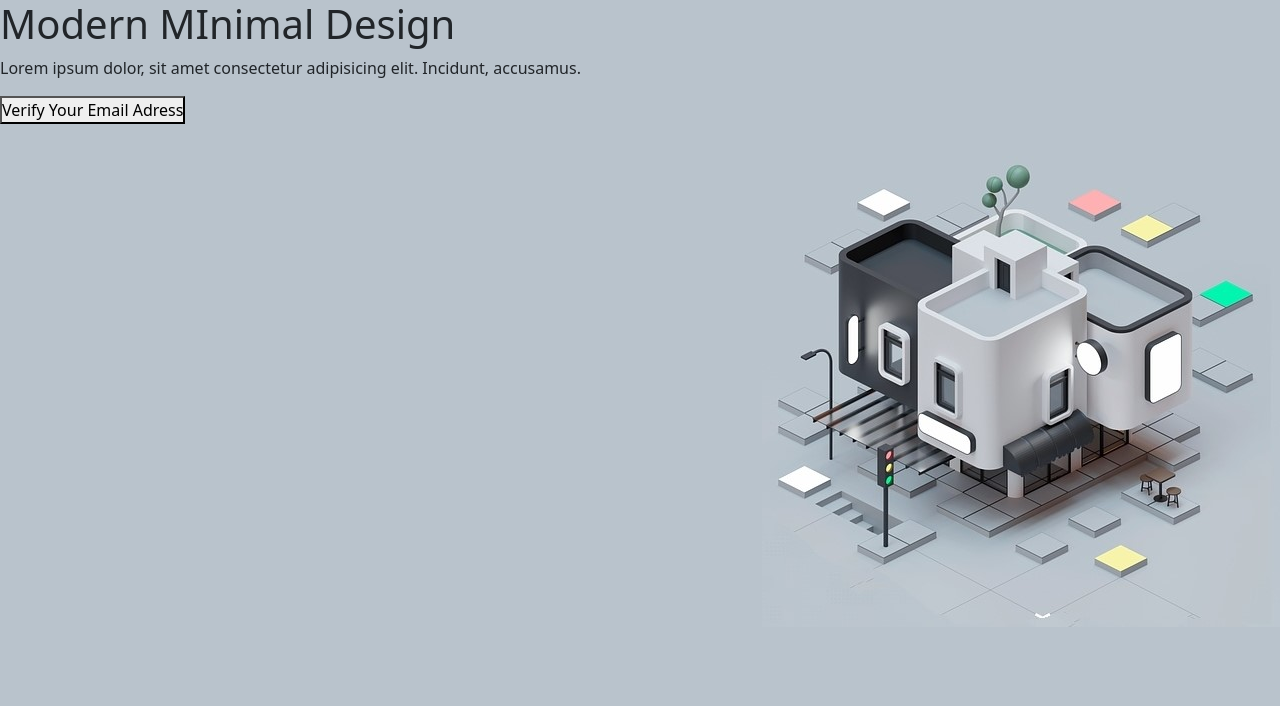
Repository: Aayush919/taskui
Page: index.html
An editor plug-in stored every save of this project. The page is shown before and after a run of saves, followed by the edit.
The browser window is 1280 px wide. The pictures show the whole page.

Above is the page before, as saved 2024-01-12 12:28:08.

### index.html
<!doctype html>
<html lang="en">

<head>
    <meta charset="utf-8">
    <meta name="viewport" content="width=device-width, initial-scale=1">
    <title>Bootstrap demo</title>
    <link href="https://cdn.jsdelivr.net/npm/bootstrap@5.3.2/dist/css/bootstrap.min.css" rel="stylesheet"
        integrity="sha384-T3c6CoIi6uLrA9TneNEoa7RxnatzjcDSCmG1MXxSR1GAsXEV/Dwwykc2MPK8M2HN" crossorigin="anonymous">
        <link rel="stylesheet" href="style.css">
</head>

<body>



    <div class="custom-bg">
        <div class="right">
            <h1>Modern <span>MInimal</span> Design</h1>
            <p>Lorem ipsum dolor, sit amet consectetur adipisicing elit. Incidunt, accusamus.</p>
            <button>Verify Your Email Adress</button>
        </div>
        <div class="left">
            <img src="./bg.jpg" alt="" class="img-fluid">
        </div>

    </div>

    <script src="https://cdn.jsdelivr.net/npm/bootstrap@5.3.2/dist/js/bootstrap.bundle.min.js"
        integrity="sha384-C6RzsynM9kWDrMNeT87bh95OGNyZPhcTNXj1NW7RuBCsyN/o0jlpcV8Qyq46cDfL"
        crossorigin="anonymous"></script>
</body>

</html>

<!-- -->

### style.css
*{
margin: 0;
padding: 0;
box-sizing: border-box;
}


html,body{
    height: 100%;
    width: 100%;

}

.custom-bg{
    background-color:#B9C3CC;
    height: 100%;
    width: 100%;

}


.custom-bg img{
    position: absolute;
    right: 0px;
}

After the next 2 saves:
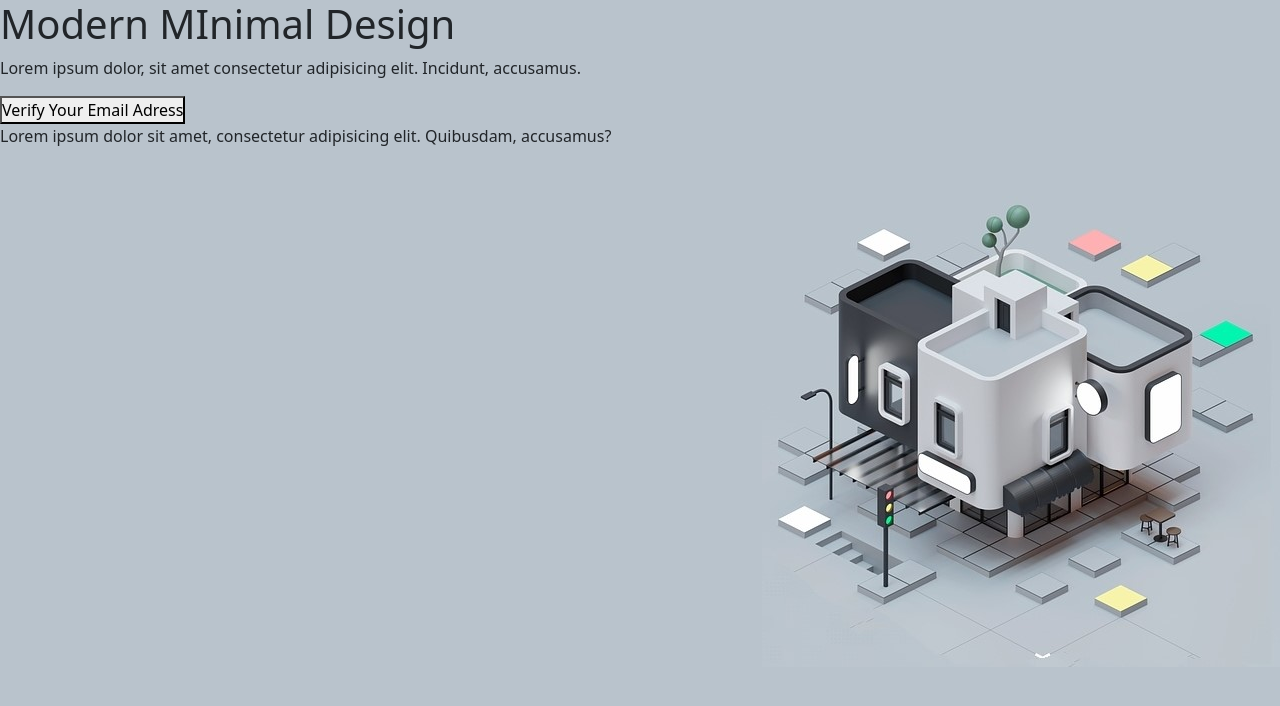
The 2 saves are shown as one change because they came seconds apart.
The last was saved 28 s later.
--- a/index.html
+++ b/index.html
@@ -19,6 +19,8 @@
             <h1>Modern <span>MInimal</span> Design</h1>
             <p>Lorem ipsum dolor, sit amet consectetur adipisicing elit. Incidunt, accusamus.</p>
             <button>Verify Your Email Adress</button>
+            <p>Lorem ipsum dolor sit amet, consectetur adipisicing elit. Quibusdam, accusamus?</p>
+
         </div>
         <div class="left">
             <img src="./bg.jpg" alt="" class="img-fluid">
